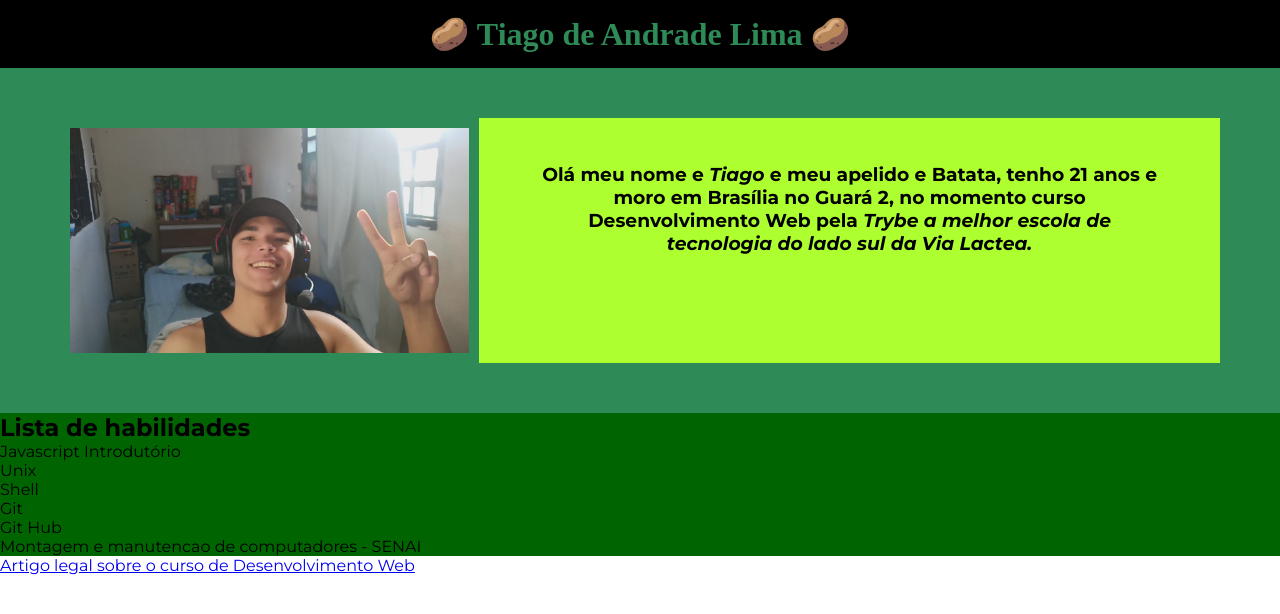
Repository: Batatiago/Batatiago.github.io
Page: index.html
The author's editor kept a copy of each file at every save. The page is drawn from the files as they stood at one save, then again after the next save.
The browser window is 1280 px wide. The pictures show the whole page.

Above is the page before, as saved 2023-06-29 11:45:33.

### index.html
<!DOCTYPE html>
<html lang="pt-br">

<head>
  <meta charset="UTF-8">
  <title>Tiago de Andrade Lima</title>
  <link
    href="https://fonts.googleapis.com/css2?family=Montserrat:ital,wght@0,100;0,200;0,300;0,400;0,500;0,600;0,700;0,800;0,900;1,100;1,200;1,300;1,400;1,500;1,600;1,700;1,800;1,900&display=swap"
    rel="stylesheet">
  <link rel="stylesheet" href="style.css">
</head>

<body>
  <div class="header-container">
    <div class="header">
      <h1 class="meuNome"> 🥔 Tiago de Andrade Lima 🥔</h1>
    </div>
  </div>
  <div class="resumo-container">
    <div class="resumo">
      <img id="foto" src="2023-06-23-160707.jpg" alt="Imagem de Tiago" width="300px">
      <h3 class="descricao">Olá meu nome e <strong><em>Tiago</em></strong> e meu apelido e Batata, tenho 21 anos e moro em Brasília no Guará 2, no
        momento curso Desenvolvimento
        Web pela <strong><em>Trybe a melhor escola de tecnologia do lado sul da Via Lactea.</em></strong></h3>
    </div>
  </div>
  <div class="lista">
    <h2>Lista de habilidades</h2>
    <ul>
      <li class="javascript">Javascript Introdutório</li>
      <li class="unix">Unix</li>
      <li class="shell">Shell</li>
      <li class="git">Git</li>
      <li class="gitHub">Git Hub</li>
      <li>Montagem e manutencao de computadores - SENAI</li>
    </ul>
  </div>
  <a href="https://blog.betrybe.com/carreira/frontend/" target="_blank">Artigo legal sobre o curso de Desenvolvimento
    Web</a>
</body>

</html>

### style.css
* {
    margin: 0;
    padding: 0;
    border: 0;
}

body {
    font-family: 'Montserrat', sans-serif;
}

.header-container {
    background-color: black;
    color: seagreen;
}

.header {
    padding: 15px 10px;
    width: 50%;
    margin: auto;
    font-family: 'Times New Roman', Times, serif;
    text-align: center;
}

.resumo-container {
    background-color: seagreen;
}
.resumo {
    display: inline-flex;
    margin: 50px 60px;
}

.resumo h3 {
    padding: 45px 60px;
    background-color: greenyellow;
    text-align: center;
}

#foto {
    width: 380px;
    flex: content;
    margin: 10px;
}

.lista {
    text-align: justify;
    background-color: darkgreen;
}

After the next save:
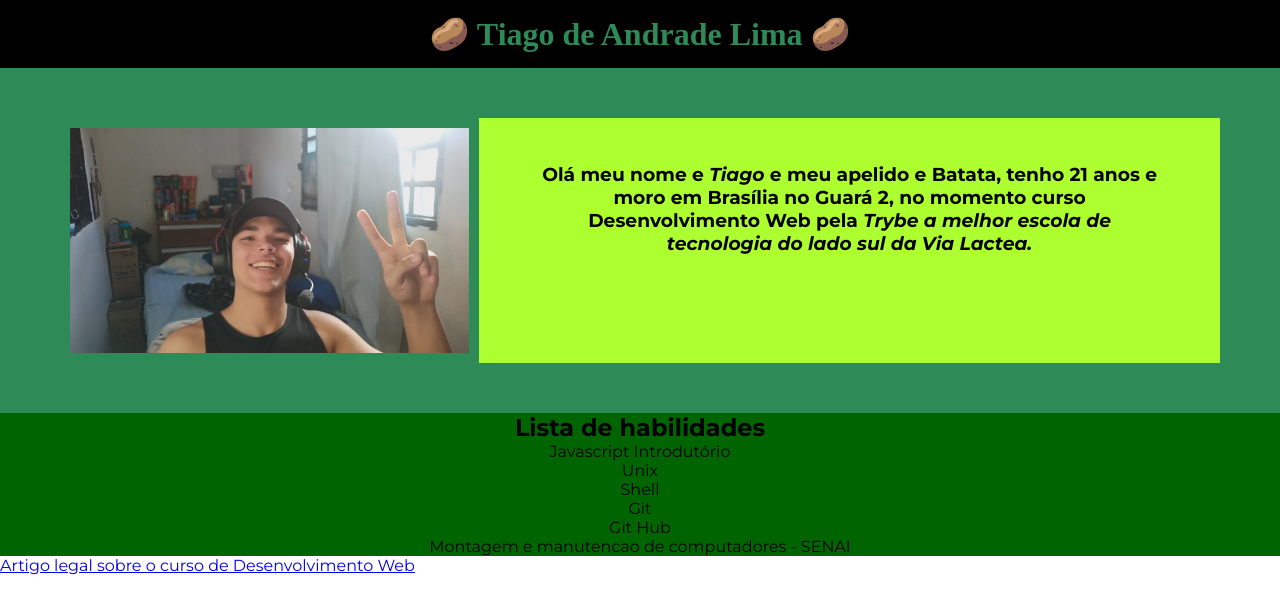
Saved 20 s later.
--- a/style.css
+++ b/style.css
@@ -42,6 +42,6 @@ body {
 }
 
 .lista {
-    text-align: justify;
+    text-align: center;
     background-color: darkgreen;
 }
